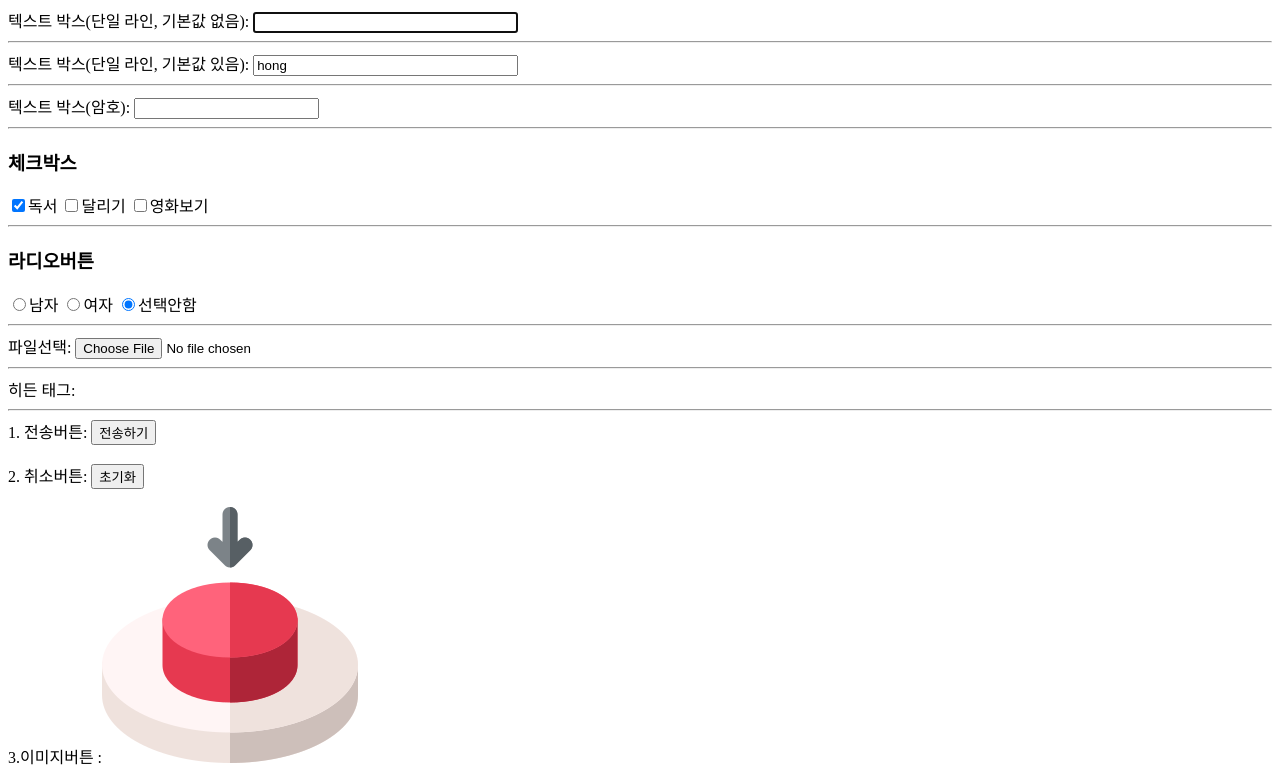
Repository: heoSuKyeong/client_Ssanyong
Page: ClientTest/src/main/webapp/html/ex18_form.html
The author's editor kept a copy of each file at every save. The page is drawn from the files as they stood at one save, then again after the next save.
The browser window is 1280 px wide. The pictures show the whole page.

Above is the page before, as saved 2023-09-23 08:32:53.

### ClientTest/src/main/webapp/html/ex18_form.html
<!DOCTYPE html>
<html>
<head>
<meta charset="UTF-8">
<title>Insert title here</title>
</head>
<body>

	<form method="POST" action="ex18_server.jsp">
		텍스트 박스(단일 라인, 기본값 없음):
		<input type="text" name="txt1" id="txt1" class="txt" size="30" accesskey="s" autofocus>

		<hr>

		텍스트 박스(단일 라인, 기본값 있음):
		<input type="text" name="txt1" id="txt2" class="txt" size="30" value="hong" accesskey="s" autofocus>

		<hr>

		텍스트 박스(암호):
		<input type="password">

		<hr>

		<h3>체크박스</h3>
		<input type="checkbox" id="cd1" checked><label for="cd1">독서</label>	<!-- 방법1 -->
		<input type="checkbox" id="cd2"><label for="cd2">달리기</label>
		<label><input type="checkbox">영화보기</label>

		<hr>

		<h3>라디오버튼</h3>
		<label><input type="radio" name="rbGender">남자</label>
		<label><input type="radio" name="rbGender">여자</label>
		<label><input type="radio" name="rbGender" checked>선택안함</label>

		<hr>

		파일선택:
		<input type="file">
		<hr>

		히든 태그:
		<input type="hidden" name="txtname" value="홍길동">
		<hr>

		1. 전송버튼: <input type="submit" value="전송하기">

		<br><br>

		2. 취소버튼: <input type="reset" value="초기화">

		<br><br>

		<!-- images 폴더에 파일 넣어주는거 잊지않기 -->
		3.이미지버튼 :<input type="image" src="images/button.png">



	</form>
</body>
</html>

After the next save:
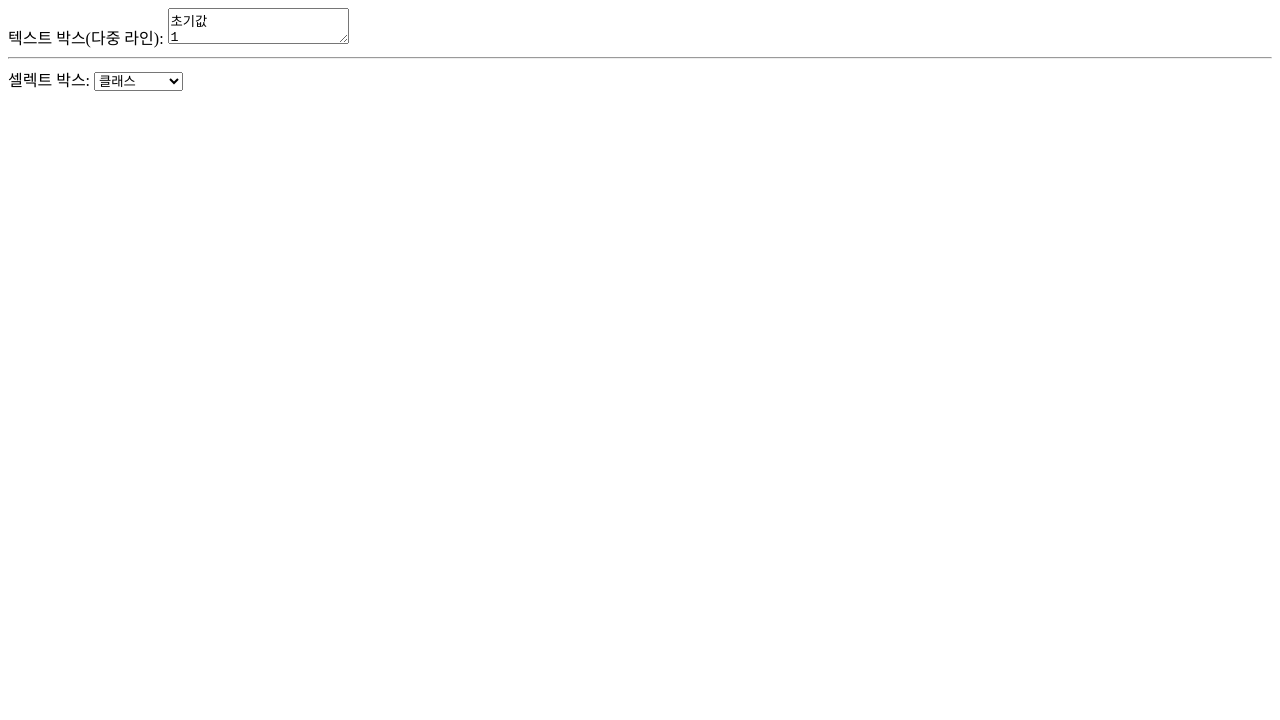
Saved 10 min 9 s later.
--- a/ClientTest/src/main/webapp/html/ex18_form.html
+++ b/ClientTest/src/main/webapp/html/ex18_form.html
@@ -7,54 +7,34 @@
 <body>
 
 	<form method="POST" action="ex18_server.jsp">
-		텍스트 박스(단일 라인, 기본값 없음):
-		<input type="text" name="txt1" id="txt1" class="txt" size="30" accesskey="s" autofocus>
 
+		텍스트 박스(다중 라인):
+		<textarea>
+초기값
+1
+2</textarea>
 		<hr>
 
-		텍스트 박스(단일 라인, 기본값 있음):
-		<input type="text" name="txt1" id="txt2" class="txt" size="30" value="hong" accesskey="s" autofocus>
+		셀렉트 박스:
+		<select>
+			<optgroup label="자바">
+				<option>클래스</option>
+				<option>메소드</option>
+				<option>배열</option>
+			</optgroup>
+			<optgroup label="오라클">
+					<option>테이블</option>
+					<option>서브쿼리</option>
+					<option>조인</option>
+					<option>프로시저</option>
+			</optgroup>
+			<optgroup label="HTML">
+				<option>태그</option>
+				<option>엔티티</option>
+				<option>PCDATA</option>
+			</optgroup>
 
-		<hr>
-
-		텍스트 박스(암호):
-		<input type="password">
-
-		<hr>
-
-		<h3>체크박스</h3>
-		<input type="checkbox" id="cd1" checked><label for="cd1">독서</label>	<!-- 방법1 -->
-		<input type="checkbox" id="cd2"><label for="cd2">달리기</label>
-		<label><input type="checkbox">영화보기</label>
-
-		<hr>
-
-		<h3>라디오버튼</h3>
-		<label><input type="radio" name="rbGender">남자</label>
-		<label><input type="radio" name="rbGender">여자</label>
-		<label><input type="radio" name="rbGender" checked>선택안함</label>
-
-		<hr>
-
-		파일선택:
-		<input type="file">
-		<hr>
-
-		히든 태그:
-		<input type="hidden" name="txtname" value="홍길동">
-		<hr>
-
-		1. 전송버튼: <input type="submit" value="전송하기">
-
-		<br><br>
-
-		2. 취소버튼: <input type="reset" value="초기화">
-
-		<br><br>
-
-		<!-- images 폴더에 파일 넣어주는거 잊지않기 -->
-		3.이미지버튼 :<input type="image" src="images/button.png">
-
+		</select>
 
 
 	</form>
